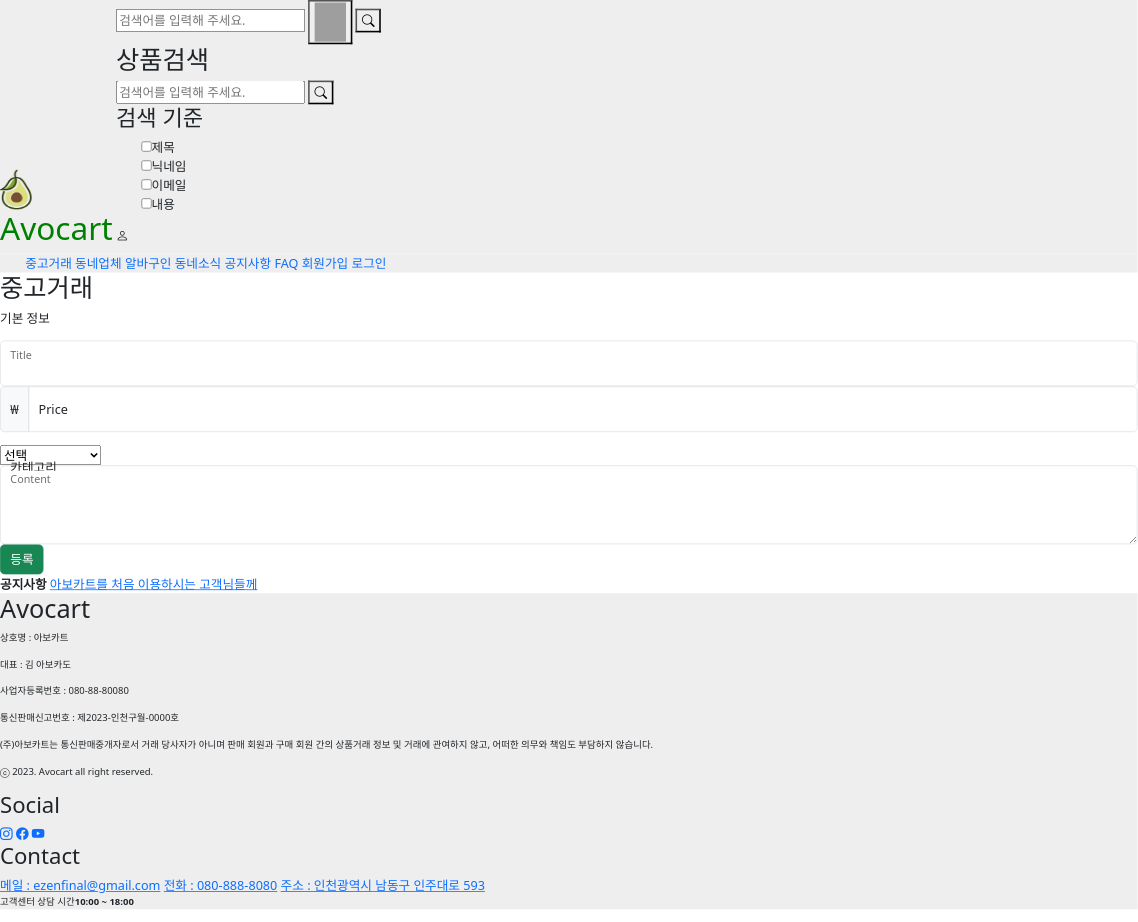
Repository: kimms0311/finalProject
Page: http://localhost/finalProject/WEB-INF/views/joongo/register.jsp
These files come from the project's save history. The page is drawn as it stood at one moment and after the next save; the edit follows.
The browser window is 1280 px wide. The page is 1440 px wide, so the pictures cover 1440 px, including what lies to the right of the window. The pictures show the whole page, at 79% of full size.
Pictures or frames that could not be fetched are drawn as grey boxes. The page is served by Tomcat 9. Nobody is signed in. The template is opened directly, without the code that normally fills it, so the values that code supplies are empty.

Above is the page before, as saved 2023-11-16 12:02:19.

After the next save:
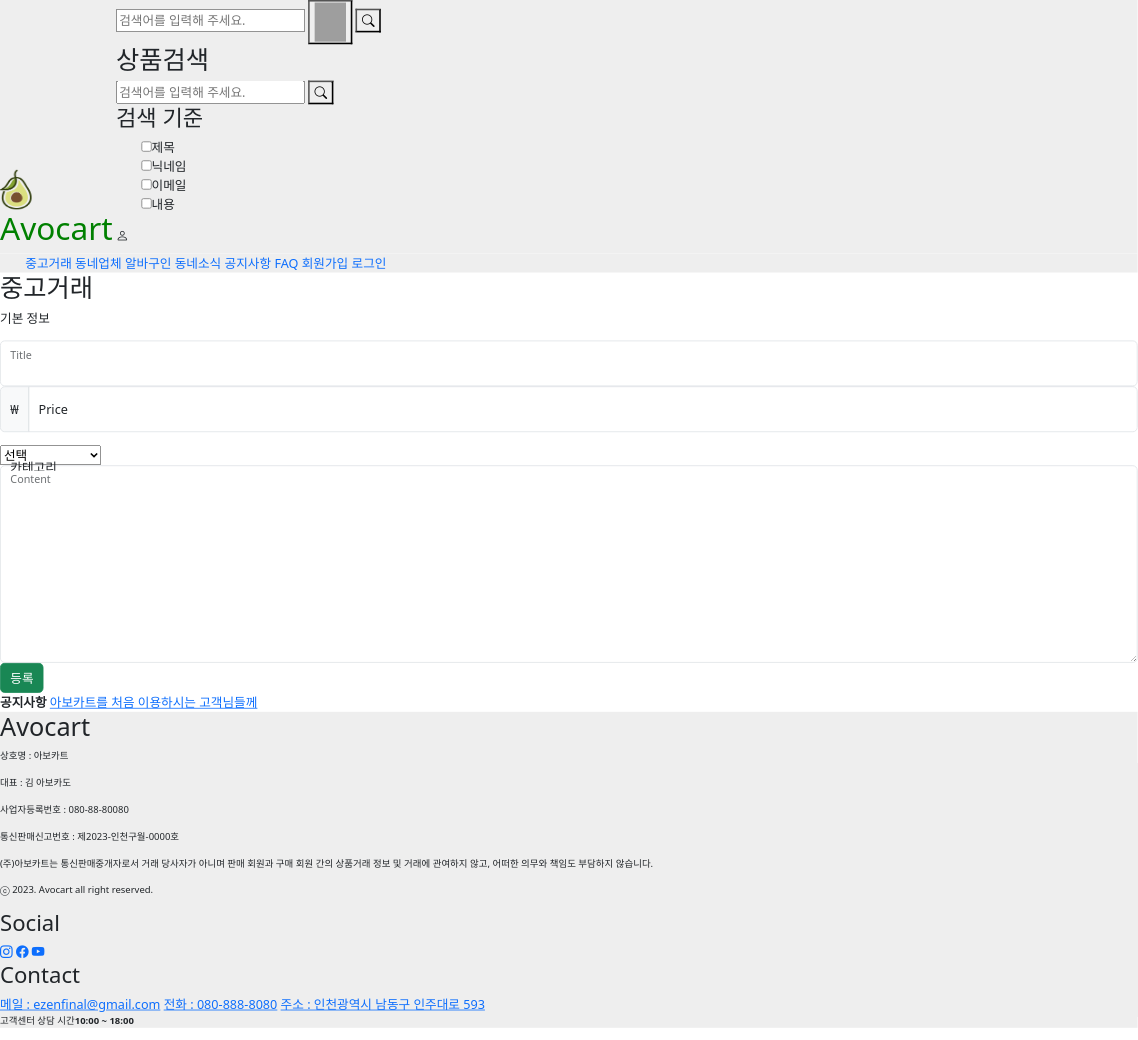
Saved 12 s later.
--- a/finalProject/src/main/webapp/WEB-INF/views/joongo/register.jsp
+++ b/finalProject/src/main/webapp/WEB-INF/views/joongo/register.jsp
@@ -7,7 +7,7 @@
 <title>Insert title here</title>
 <style>
 .form-floating > textarea.form-control{
-	height: 100px;
+	height: 250px;
 }
 
 </style>
